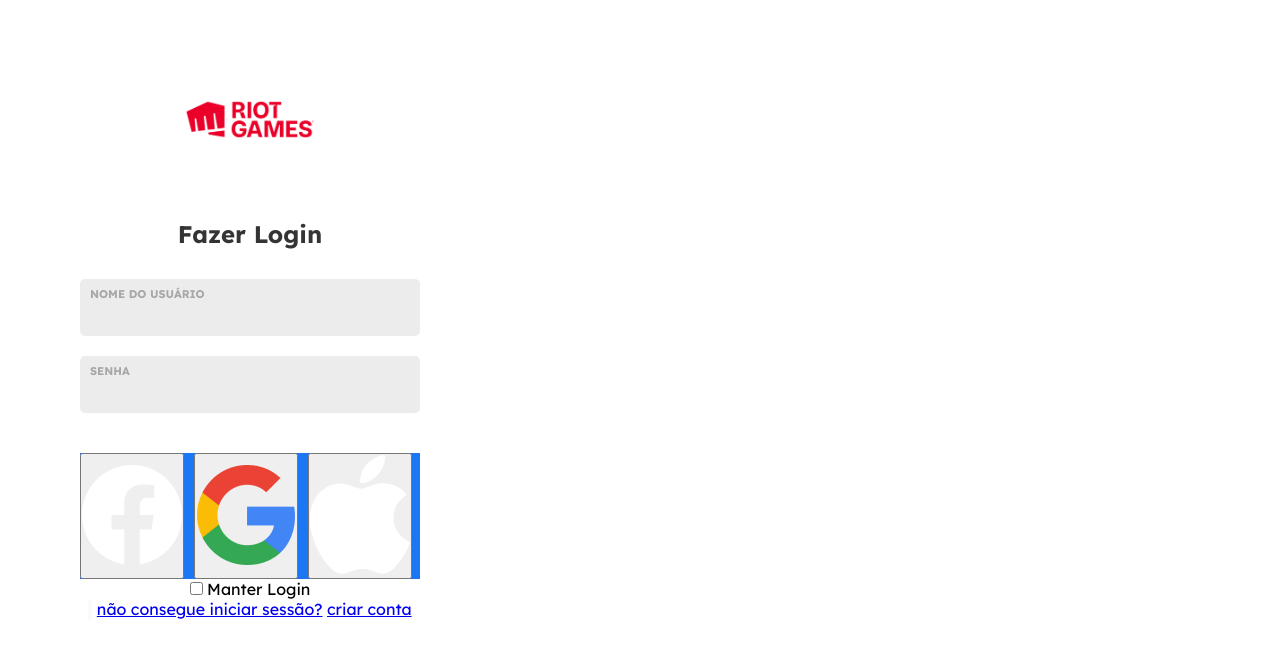
Repository: guilhermecardoso93/lolpage
Page: index.html
These files come from the project's save history. The page is drawn as it stood at one moment and after the next save; the edit follows.
The browser window is 1280 px wide. The pictures show the whole page.

Above is the page before, as saved 2022-06-11 21:21:49.

### index.html
<!DOCTYPE html>
<html lang="pt-BR">
  <head>
    <meta charset="UTF-8" />
    <meta http-equiv="X-UA-Compatible" content="IE=edge" />
    <link rel="shortcut icon" href="favicon.ico" type="image/x-icon" />
    <meta name="viewport" content="width=device-width, initial-scale=1.0" />
    <link rel="stylesheet" href="./style.css" />
    <title>League of Legends - Login</title>
  </head>
  <body>
    <main>
      <section class="login">
        <img src="./assets/logo.png" alt="Logo Riot Games" class="login_logo" />
        <h1 class="login_title">Fazer Login</h1>
        <label for="" class="login_label">
          <span class="span-active">nome do usuário</span>
          <input type="text" name="username" class="input" />
        </label>
        <label for="" class="login_label">
          <span  class="span-active">senha</span>
          <input type="password" name="password" class="input" />
        </label>
        <div class="login_icons">
          <button type="button" class="icons_button">
            <img src="./assets/facebook-icon.png" alt="facebook" />
          </button>
          <button type="button" class="icons_button">
            <img src="./assets/google-icon.png" alt="google" />
          </button>
          <button type="button" class="icons_button">
            <img src="./assets/apple-icon.png" alt="apple" />
          </button>
        </div>
        <label for="" class="login-label--checkbox">
          <input type="checkbox" class="input--checkout" />
          Manter Login
        </label>
        <div class="wrapper">
          <button type="button" class="login__button" disabled>
            <svg xmlns="http://www.w3.org/2000/svg" viewBox="0 0 448 512">
              <path
                d="M438.6 278.6l-160 160C272.4 444.9 264.2 448 256 448s-16.38-3.125-22.62-9.375c-12.5-12.5-12.5-32.75 0-45.25L338.8 288H32C14.33 288 .0016 273.7 .0016 256S14.33 224 32 224h306.8l-105.4-105.4c-12.5-12.5-12.5-32.75 0-45.25s32.75-12.5 45.25 0l160 160C451.1 245.9 451.1 266.1 438.6 278.6z"
              />
            </svg>
          </button>

          <a href="#" class="login__link">não consegue iniciar sessão?</a>
          <a href="#" class="login__link">criar conta</a>
        </div>
      </section>
      <section class="wallpaper"></section>
    </main>
  </body>
  <script src="./script.js"></script>
</html>

### style.css
@import url("https://fonts.googleapis.com/css2?family=Lexend+Deca:wght@300;400;500;600;700&display=swap");

* {
  margin: 0;
  padding: 0;
  box-sizing: border-box;
  font-family: "Lexend Deca", sans-serif;
}

:root {
  --white: #fff;
  --whitesmoke: #f9f9f9;
  --light-grey: #ececec;
  --grey: #c4c4c4;
  --medium-grey: #a7a7a7;
  --deep-grey: #343434;
  --black: #000000;
  --blue: #1b77f3;
  --red: #cf3c3f;
}

.login {
  display: flex;
  flex-direction: column;
  align-items: center;
  padding: clamp(35px, 8%, 80px);
  width: 100%;
  max-width: 500px;
  min-height: 100vh;
}

.login_logo {
  width: 130px;
  margin-bottom: 80px;
  margin-top: 20px;
}

.login_title {
  color: var(--deep-grey);
  font-size: 1.5rem;
  margin-bottom: 30px;
}

.login_label {
  display: block;
  margin-bottom: 20px;
  width: 100%;
}

.input {
  width: 100%;
  background-color: var(--light-grey);
  border: 2px solid rgba(0, 0, 0, 0);
  border-radius: 5px;
  outline: none;
  font-size: 0.9rem;
  padding: 25px 10px 10px;
  font-weight: 600;
  color: var(--deep-grey);
}

.login_label span {
  position: absolute;
  font-size: 0.8rem;
  font-weight: 700;
  text-transform: uppercase;
  color: var(--medium-grey);
  margin: 20px;
  cursor: text;
  transition: all 200 ease;
}

.input:focus {
  background-color: var(--whitesmoke);
  border: 2px solid var(--deep-grey);
}

.login_label .span-active {
  font-size: 0.7rem;
  margin: 8px 10px;
}

.login_icons{
  display: flex;
  gap:10px;
  width: 100%;
  margin-top: 20px;
  background-color: var(--blue);
}

### script.js
const inputActive = document.querySelectorAll(".input");

const handleFocus = ({ target }) => {
  const span = target.previousElementSibling;
  span.classList.add("span-active");
};

const handleFocusout = ({ target }) => {
  if (target.value == "") {
    const span = target.previousElementSibling;
    span.classList.remove("span-active");
  }
};

inputActive.forEach((input) => input.addEventListener("focus", handleFocus));
inputActive.forEach((input) =>
  input.addEventListener("focusout", handleFocusout)
);

After the next save:
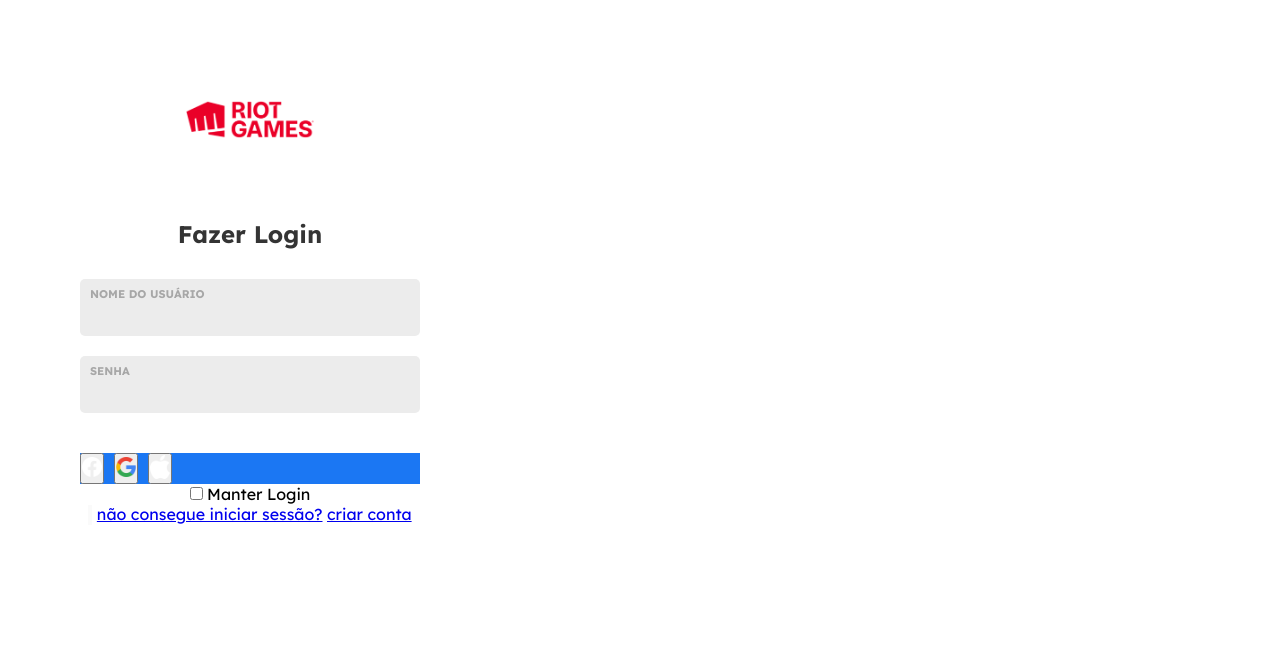
Saved 19 s later.
--- a/style.css
+++ b/style.css
@@ -87,3 +87,7 @@
   margin-top: 20px;
   background-color: var(--blue);
 }
+
+.login_icons img{
+  width: 20px;
+}
